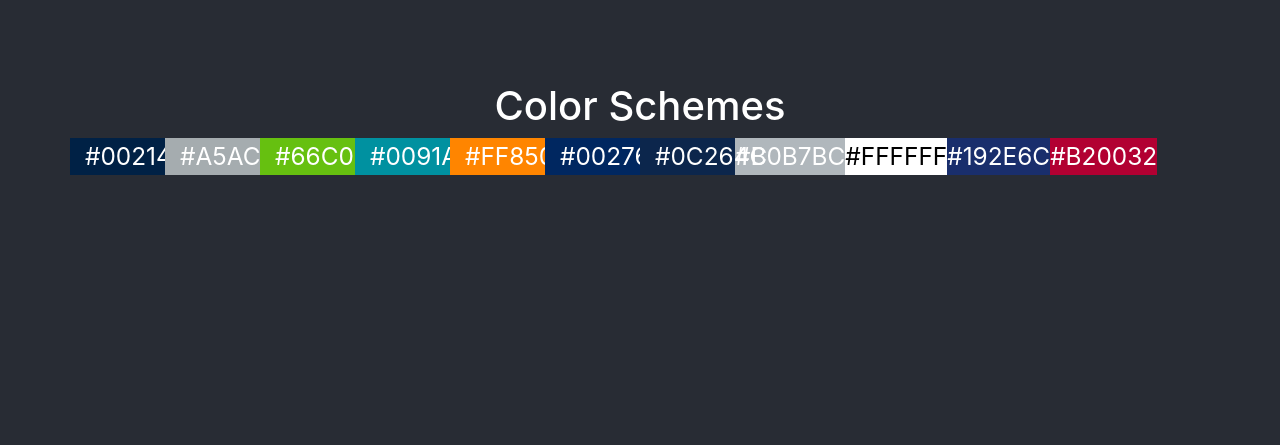
Repository: MikeTroianello/troianello.co
Page: /projects
The author's editor kept a copy of each file at every save. The page is drawn from the files as they stood at one save, then again after the next save.
The browser window is 1280 px wide. The pictures show the whole page.
The project was rebuilt for these pictures with package versions that can differ from the ones it lists, and the page was loaded fresh each time.

Above is the page before, as saved 2019-06-24 17:56:12.

After the next save:
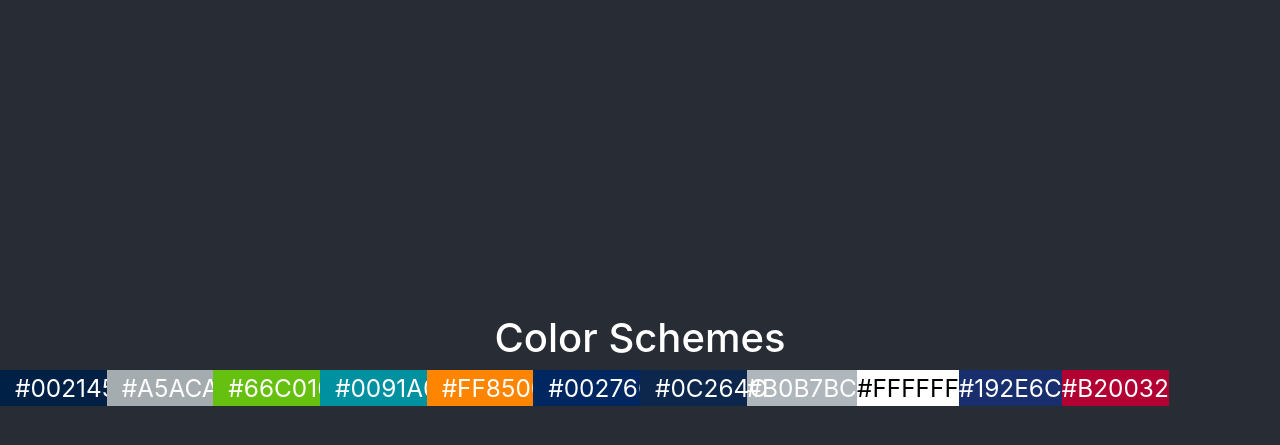
Saved 11 s later.
--- a/src/App.js
+++ b/src/App.js
@@ -7,7 +7,7 @@
     <div className='App'>
       <header className='App-header'>
         <h1>Color Schemes</h1>
-        <div className='container'>
+        <div className='container-fluid'>
           <div className='row'>
             {/* <div className='teams seahawks'> */}
             {/* <h2>SEAHAWKS</h2> */}
